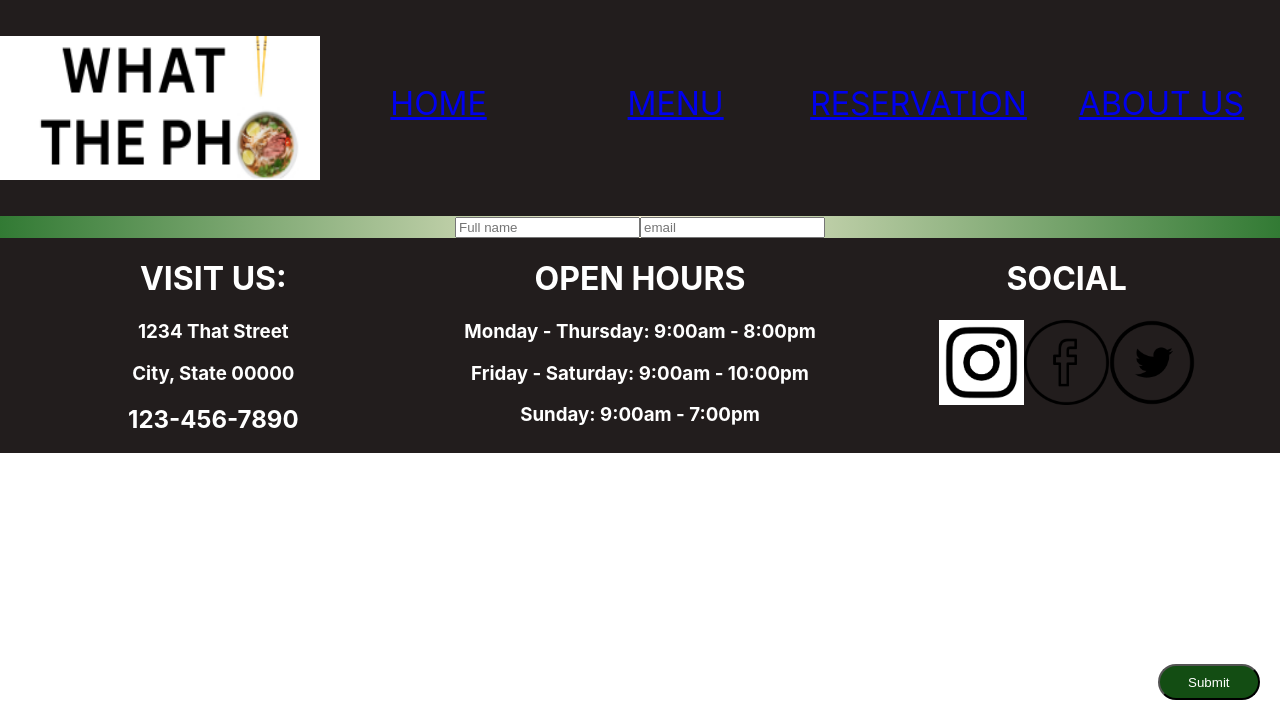
Repository: NguyenkhDang/Restaurant-Website
Page: /reservation
The author's editor kept a copy of each file at every save. The page is drawn from the files as they stood at one save, then again after the next save.
The browser window is 1280 px wide. The pictures show the whole page.
The project was rebuilt for these pictures with package versions that can differ from the ones it lists, and the page was loaded fresh each time. Also part of the build but not shown: src/Readmore.js, src/CSS/SectionContainer.css, src/SectionContainer.js, src/CSS/Home.css, src/Pages/HomePage.js, src/Pages/MenuPage.js, src/Pages/AboutUsPage.js, src/Pages/ContactUsPage.js.

Above is the page before, as saved 2026-01-17 21:57:05.

After the next save:
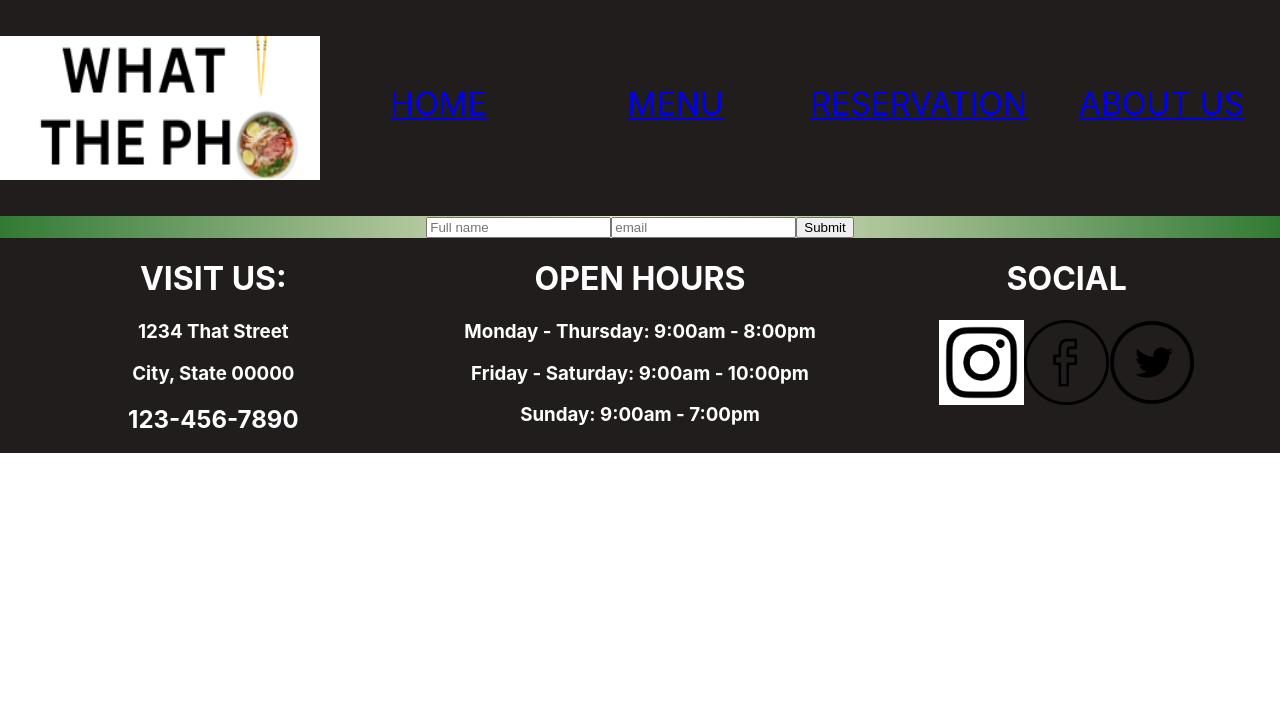
Saved 107 s later.
--- a/src/CSS/Readmore.css
+++ b/src/CSS/Readmore.css
@@ -29,7 +29,7 @@
   width: 70%;
 }
 
-button{
+.btnShowMore{
   background-color: rgb(19, 77, 19);
   position: absolute;
   bottom: 20px;
